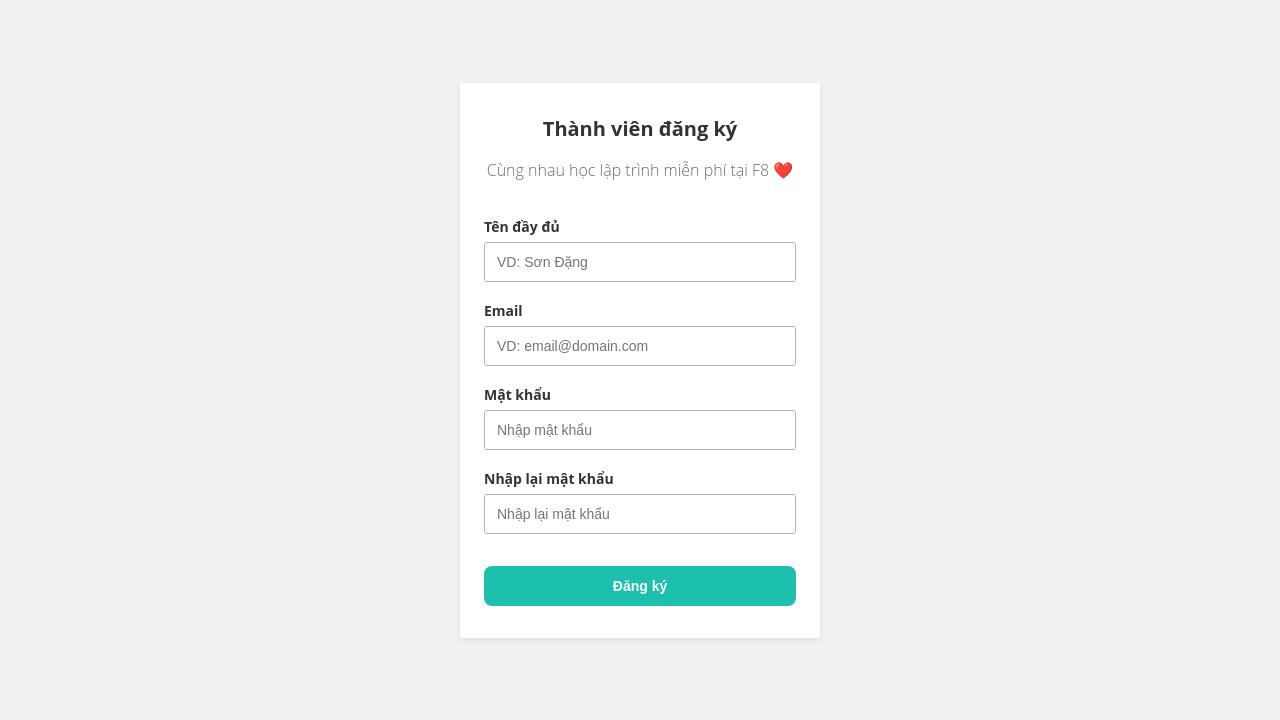
Repository: huudang2840/form-validator
Page: index.html
The author's editor kept a copy of each file at every save. The page is drawn from the files as they stood at one save, then again after the next save.
The browser window is 1280 px wide. The pictures show the whole page.

Above is the page before, as saved 2021-10-01 14:48:59.

After the next save:
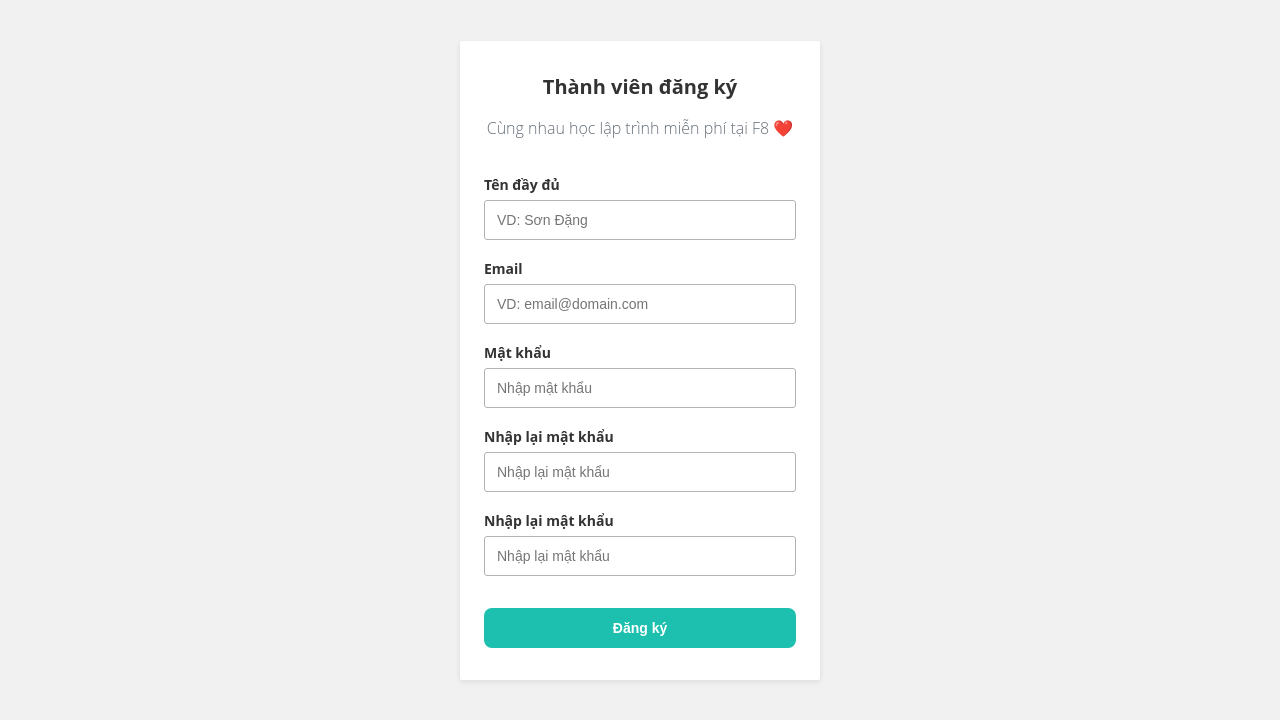
Saved 7 min 6 s later.
--- a/index.html
+++ b/index.html
@@ -64,6 +64,17 @@
           <span class="form-message"></span>
         </div>
 
+        <div class="form-group">
+          <label for="password_confirmation" class="form-label">Nhập lại mật khẩu</label>
+          <input
+            id="password_confirmation"
+            name="password_confirmation"
+            placeholder="Nhập lại mật khẩu"
+            type="password"
+            class="form-control"
+          />
+          <span class="form-message"></span>
+        </div>
         <button class="form-submit">Đăng ký</button>
       </form>
     </div>
@@ -71,7 +82,7 @@
     <script>
       Validator({
         form: "#form-1",
-        formGroupSelector: '.form-group',
+        formGroupSelector: ".form-group",
         errorSelector: ".form-message",
         rules: [
           Validator.isRequired("#fullname"),
